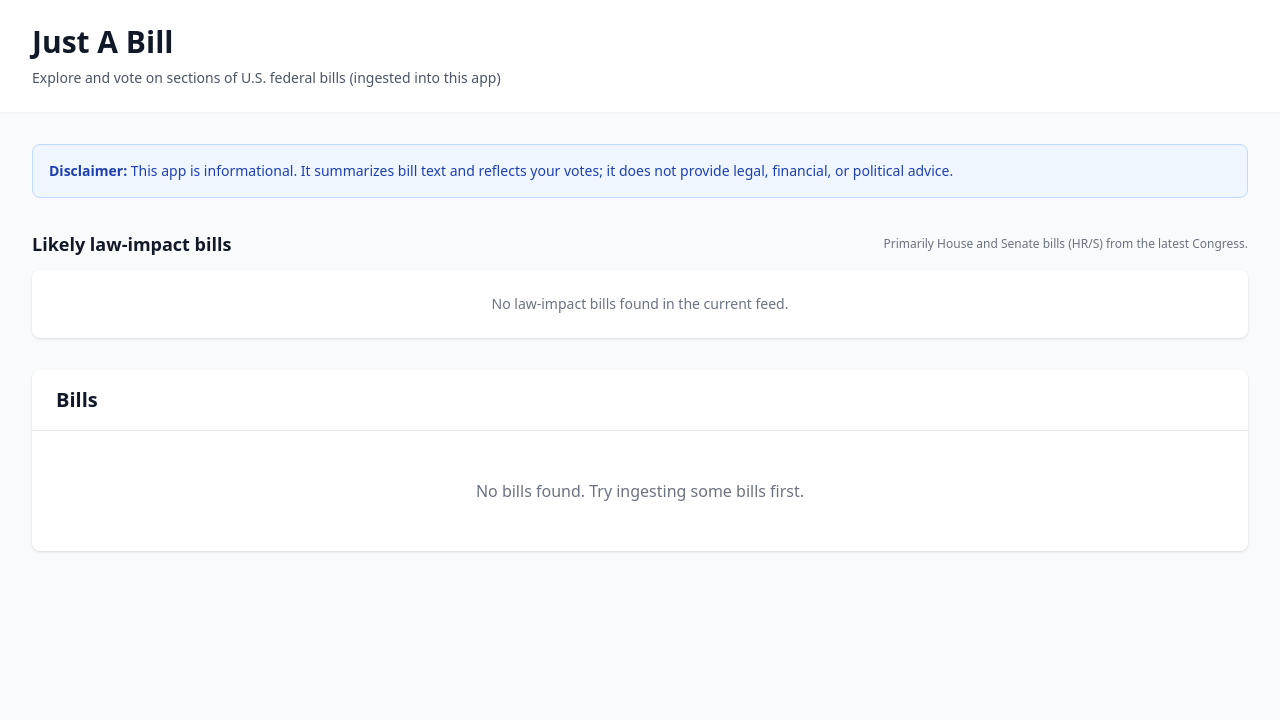
Repository: jschilling12/justabill
Page: / (app in frontend/)
These files come from the project's save history. The page is drawn as it stood at one moment and after the next save; the edit follows.
The browser window is 1280 px wide. The pictures show the whole page.
The page's requests for data from a server got no answer. The project was rebuilt for these pictures with package versions that can differ from the ones it lists, and the page was loaded fresh each time. The framework's server and built-in components were replaced by stand-ins that run in the browser. No one was signed in, and anything a server would have sent is missing. Also part of the build but not shown: frontend/next.config.js.

Above is the page before, as saved 2026-01-04 11:49:26.

After the next save:
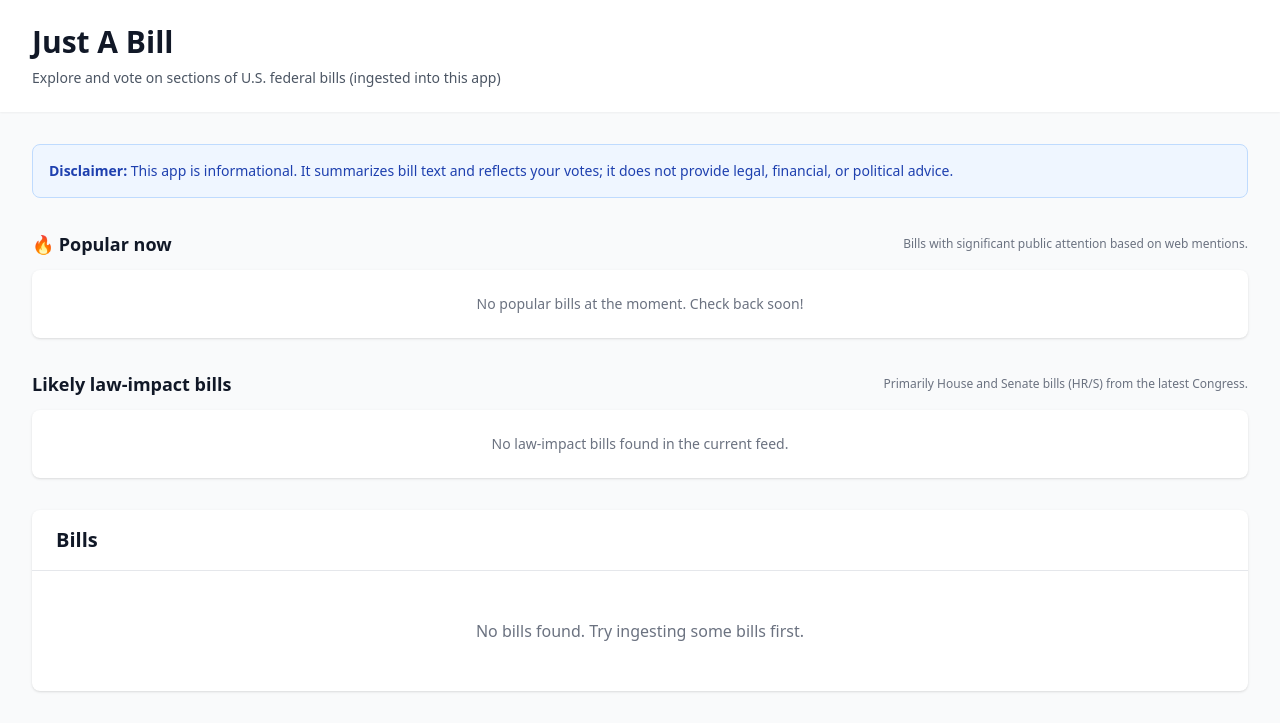
Saved 10 min 33 s later.
--- a/frontend/pages/index.tsx
+++ b/frontend/pages/index.tsx
@@ -5,8 +5,10 @@ import { getBills, Bill } from '../lib/api';
 export default function Home() {
   const [bills, setBills] = useState<Bill[]>([]);
   const [lawImpactBills, setLawImpactBills] = useState<Bill[]>([]);
+  const [popularBills, setPopularBills] = useState<Bill[]>([]);
   const [loading, setLoading] = useState(true);
   const [loadingLawImpact, setLoadingLawImpact] = useState(true);
+  const [loadingPopular, setLoadingPopular] = useState(true);
   const [page, setPage] = useState(1);
   const [totalPages, setTotalPages] = useState(1);
 
@@ -16,6 +18,7 @@ export default function Home() {
 
   useEffect(() => {
     loadLawImpactBills();
+    loadPopularBills();
   }, []);
 
   const loadBills = async () => {
@@ -44,6 +47,19 @@ export default function Home() {
     }
   };
 
+  const loadPopularBills = async () => {
+    try {
+      setLoadingPopular(true);
+      // First page of popular bills
+      const data = await getBills(1, 10, true);
+      setPopularBills(data.items);
+    } catch (error) {
+      console.error('Error loading popular bills:', error);
+    } finally {
+      setLoadingPopular(false);
+    }
+  };
+
   const formatDate = (dateString?: string) => {
     if (!dateString) return 'N/A';
     return new Date(dateString).toLocaleDateString();
@@ -69,6 +85,76 @@ export default function Home() {
             <strong>Disclaimer:</strong> This app is informational. It summarizes bill text and
             reflects your votes; it does not provide legal, financial, or political advice.
           </p>
+        </div>
+
+        {/* Popular Bills */}
+        <div className="mb-8">
+          <div className="flex items-center justify-between mb-3">
+            <h2 className="text-lg font-semibold text-gray-900">🔥 Popular now</h2>
+            <p className="text-xs text-gray-500">
+              Bills with significant public attention based on web mentions.
+            </p>
+          </div>
+          <div className="bg-white rounded-lg shadow">
+            {loadingPopular ? (
+              <div className="px-6 py-6 text-center text-sm text-gray-500">
+                Loading popular bills...
+              </div>
+            ) : popularBills.length === 0 ? (
+              <div className="px-6 py-6 text-center text-sm text-gray-500">
+                No popular bills at the moment. Check back soon!
+              </div>
+            ) : (
+              <div className="divide-y divide-gray-200">
+                {popularBills.map((bill) => (
+                  <Link
+                    key={bill.id}
+                    href={`/bills/${bill.id}`}
+                    className="block px-6 py-3 hover:bg-gray-50 transition-colors"
+                  >
+                    <div className="flex items-start justify-between">
+                      <div className="flex-1 min-w-0">
+                        <div className="flex items-center gap-2">
+                          <h3 className="text-sm font-medium text-gray-900 truncate">
+                            {bill.bill_type.toUpperCase()}. {bill.bill_number}
+                          </h3>
+                          {bill.popularity_score && bill.popularity_score > 0 && (
+                            <span className="inline-flex items-center px-2 py-0.5 rounded text-xs font-medium bg-orange-100 text-orange-800">
+                              {bill.popularity_score} mentions
+                            </span>
+                          )}
+                        </div>
+                        <p className="mt-1 text-xs text-gray-600 line-clamp-1">
+                          {bill.title || 'No title available'}
+                        </p>
+                        <div className="mt-1 flex items-center space-x-3 text-[11px] text-gray-500">
+                          <span>{bill.congress}th Congress</span>
+                          {bill.latest_action_date && (
+                            <span>Updated: {formatDate(bill.latest_action_date)}</span>
+                          )}
+                        </div>
+                      </div>
+                      <div className="ml-3 flex-shrink-0">
+                        <svg
+                          className="h-4 w-4 text-gray-400"
+                          fill="none"
+                          stroke="currentColor"
+                          viewBox="0 0 24 24"
+                        >
+                          <path
+                            strokeLinecap="round"
+                            strokeLinejoin="round"
+                            strokeWidth={2}
+                            d="M9 5l7 7-7 7"
+                          />
+                        </svg>
+                      </div>
+                    </div>
+                  </Link>
+                ))}
+              </div>
+            )}
+          </div>
         </div>
 
         {/* Likely law-impact bills */}
